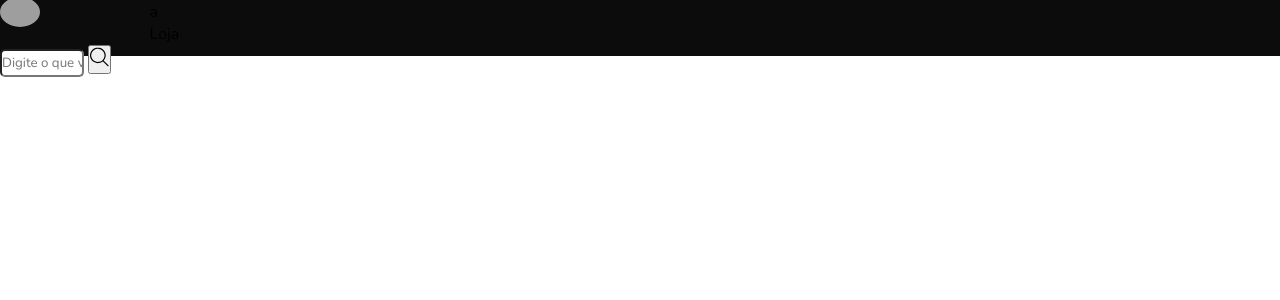
Repository: analessp/dicriastreet
Page: index.html
These files come from the project's save history. The page is drawn as it stood at one moment and after the next save; the edit follows.
The browser window is 1280 px wide. The pictures show the whole page.
Pictures or frames that could not be fetched are drawn as grey boxes.

Above is the page before, as saved 2025-04-17 11:28:05.

After the next save:
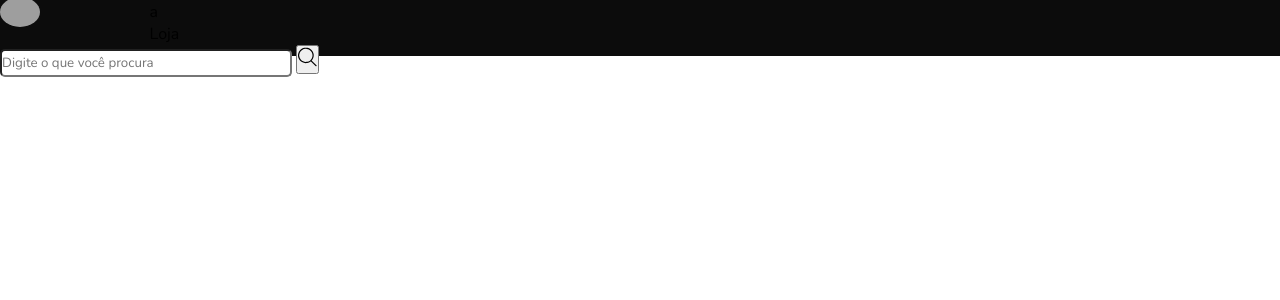
Saved 10 s later.
--- a/style.css
+++ b/style.css
@@ -53,6 +53,6 @@
 #header-search-bar input {
     border-radius: 5px;
     height: 1.5rem;
-    width: 5rem;
+    width: 18rem;
 
 }
